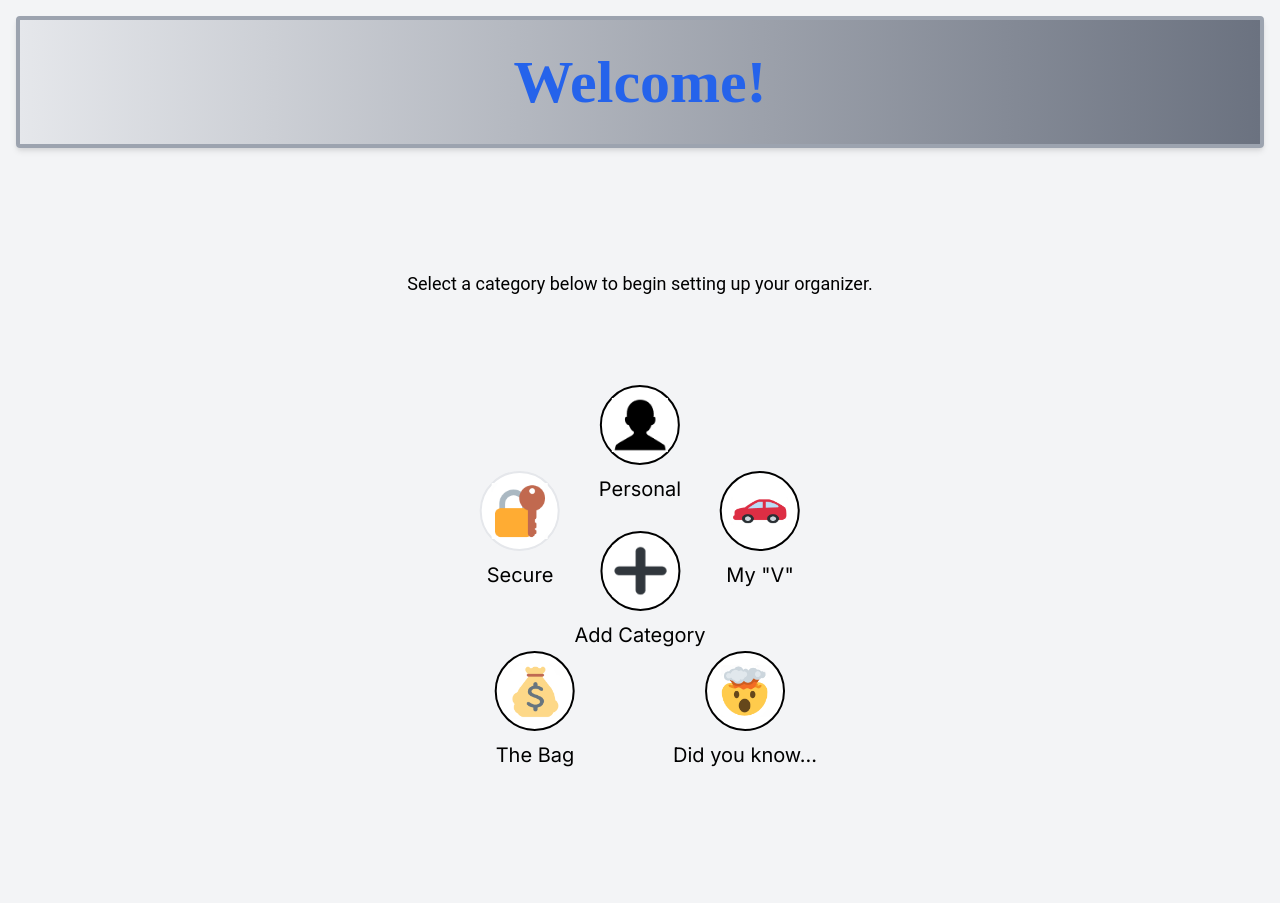
Repository: MercyB19/Russaw_Mercy_Adulting-101_Capstone
Page: page2.html
The author's editor kept a copy of each file at every save. The page is drawn from the files as they stood at one save, then again after the next save.
The browser window is 1280 px wide. The pictures show the whole page.
Some web fonts or font styles are not loaded; a fallback is used.

Above is the page before, as saved 2024-07-23 12:43:11.

### page2.html
<!DOCTYPE html>
<html lang="en">

<head>
  <meta charset="UTF-8">
  <meta name="viewport" content="width=device-width, initial-scale=1.0">
  <title>YAY Adulting</title>
  <link href="https://cdn.jsdelivr.net/npm/tailwindcss@2.2.19/dist/tailwind.min.css" rel="stylesheet">
  <link rel="stylesheet" href="https://fonts.googleapis.com/css2?family=Balsamiq+Sans:wght@400;700&display=swap">
  <link rel="stylesheet" href="https://fonts.googleapis.com/css2?family=Inter:wght@400;500;600&display=swap">
  <style>
    .pentagon-layout { /*creates a more rounded layout*/
      position: relative;
      width: 300px;
      height: 300px;
      margin: 0 auto;
    }

    .pentagon-layout div {
      position: absolute;
      text-align: center;
    }

    .personal {
     top: -15%;
      padding-bottom: 300px;
      left: 50%;
      transform: translateX(-50%);
    }

    .secure {
      top: 50%;
      left: 10%;
      transform: translate(-50%, -50%);
    }

    .add-category {
      top: 70%;
      left: 50%;
      transform: translate(-50%, -50%);
    }

    .my-v {
      top: 50%;
      right: 10%;
      transform: translate(50%, -50%);
    }

    .the-bag {
      bottom: -10%;
      left: 15%;
      transform: translate(-50%, 50%);
    }

    .did-you-know {
      bottom: -10%;
      right: 15%;
      transform: translate(50%, 50%);
    }

    .icon-title {
      margin-top: 90px;
      margin-bottom: 100px; /* Adjust as necessary to position text below icons */
    }
  </style>
</head>

<body class="bg-gray-100 flex flex-col items-center justify-center min-h-screen">
  <div class="container mx-auto p-4 flex flex-col items-center">
    <header class="w-full p-8 bg-gradient-to-r from-gray-200 to-gray-500 border-4 border-gray-400 flex flex-col items-center rounded shadow-md mb-8">
      <h1 class="text-6xl font-bold text-blue-600" style="font-family: 'Balsamiq Sans', cursive;">Welcome!</h1>
    </header>
    <div class="text-center mb-8">
      <p class="icon-title text-lg" style="font-family: 'Roboto', sans-serif;">Select a category below to begin setting up your organizer.</p>
    </div>
    <div class="pentagon-layout">
      <div class="personal flex flex-col items-center">
        <div class="w-20 h-20  flex justify-center items-center bg-white border-2 border-black rounded-full mb-2">
          <img src="Images/Person_personal_img.png" alt="Personal" class="w-14 h-13">
        </div>
        <p class="icon-title text-xl" style="font-family: 'Inter', sans-serif;">Personal</p>
      </div>
      <div class="secure flex flex-col items-center">
        <div class="w-20 h-20 flex justify-center items-center bg-white border-2 border0blac0 rounded-full mb-2">
          <img src="Images/Secure_icon_img.png" alt="Secure" class="w-14 h-14">
        </div>
        <p class="icon-title text-xl" style="font-family: 'Inter', sans-serif;">Secure</p>
      </div>
      <div class="add-category flex flex-col items-center">
        <div class="w-20 h-20 flex justify-center items-center bg-white border-2 border-black rounded-full mb-2">
          <img src="Images/Add_new_img.png" alt="Add Category" class="w-14 h-13">
        </div>
        <p class="icon-title text-xl" style="font-family: 'Inter', sans-serif;">Add Category</p>
      </div>
      <div class="my-v flex flex-col items-center">
        <div class="w-20 h-20 flex justify-center items-center bg-white border-2 border-black rounded-full mb-2">
          <img src="Images/My_V_img.png" alt="My V" class="w-14 h-15">
        </div>
        <p class="icon-title text-xl" style="font-family: 'Inter', sans-serif;">My "V"</p>
      </div>
      <div class="the-bag flex flex-col items-center">
        <div class="w-20 h-20 flex justify-center items-center bg-white border-2 border-black rounded-full mb-2">
          <img src="Images/The_bag_icon_img.png" alt="The Bag" class="w-13 h-14">
        </div>
        <p class="icon-title text-xl" style="font-family: 'Inter', sans-serif;">The Bag</p>
      </div>
      <div class="did-you-know flex flex-col items-center">
        <div class="w-20 h-20 flex justify-center items-center bg-white border-2 border-black rounded-full mb-2">
          <img src="Images/did_you_know_icon.png" alt="Did you know" class="w-12 h-13">
        </div>
        <p class="icon-title text-xl" style="font-family: 'Inter', sans-serif;">Did you know...</p>
      </div>
    </div>
  </div>
</body>

</html>

After the next save:
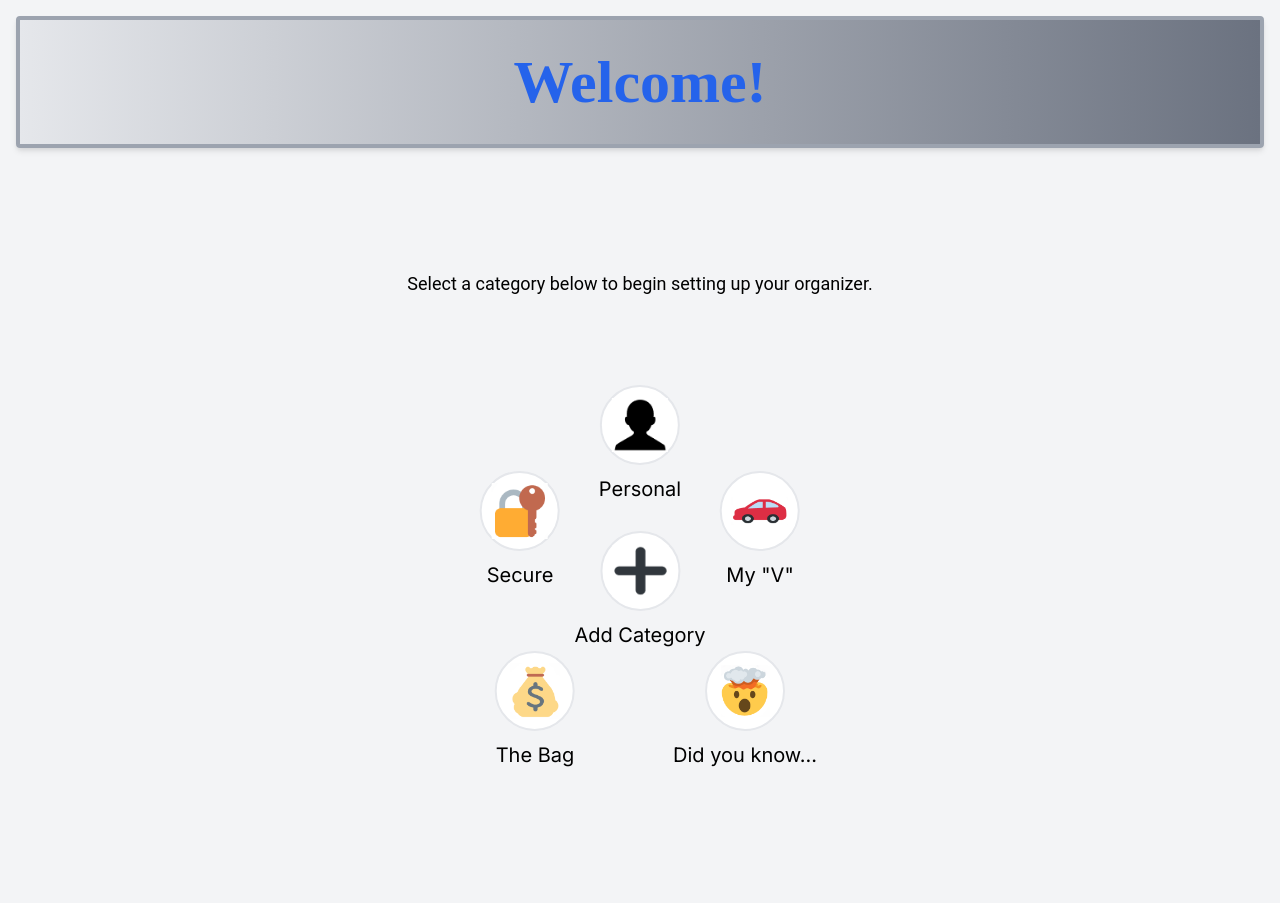
Saved 8 min 57 s later.
--- a/page2.html
+++ b/page2.html
@@ -75,37 +75,37 @@
     </div>
     <div class="pentagon-layout">
       <div class="personal flex flex-col items-center">
-        <div class="w-20 h-20  flex justify-center items-center bg-white border-2 border-black rounded-full mb-2">
+        <div class="w-20 h-20  flex justify-center items-center bg-white border-2  rounded-full mb-2">
           <img src="Images/Person_personal_img.png" alt="Personal" class="w-14 h-13">
         </div>
         <p class="icon-title text-xl" style="font-family: 'Inter', sans-serif;">Personal</p>
       </div>
       <div class="secure flex flex-col items-center">
-        <div class="w-20 h-20 flex justify-center items-center bg-white border-2 border0blac0 rounded-full mb-2">
+        <div class="w-20 h-20 flex justify-center items-center bg-white border-2 rounded-full mb-2">
           <img src="Images/Secure_icon_img.png" alt="Secure" class="w-14 h-14">
         </div>
         <p class="icon-title text-xl" style="font-family: 'Inter', sans-serif;">Secure</p>
       </div>
       <div class="add-category flex flex-col items-center">
-        <div class="w-20 h-20 flex justify-center items-center bg-white border-2 border-black rounded-full mb-2">
+        <div class="w-20 h-20 flex justify-center items-center bg-white border-2 rounded-full mb-2">
           <img src="Images/Add_new_img.png" alt="Add Category" class="w-14 h-13">
         </div>
         <p class="icon-title text-xl" style="font-family: 'Inter', sans-serif;">Add Category</p>
       </div>
       <div class="my-v flex flex-col items-center">
-        <div class="w-20 h-20 flex justify-center items-center bg-white border-2 border-black rounded-full mb-2">
+        <div class="w-20 h-20 flex justify-center items-center bg-white border-2  rounded-full mb-2">
           <img src="Images/My_V_img.png" alt="My V" class="w-14 h-15">
         </div>
         <p class="icon-title text-xl" style="font-family: 'Inter', sans-serif;">My "V"</p>
       </div>
       <div class="the-bag flex flex-col items-center">
-        <div class="w-20 h-20 flex justify-center items-center bg-white border-2 border-black rounded-full mb-2">
+        <div class="w-20 h-20 flex justify-center items-center bg-white border-2 rounded-full mb-2">
           <img src="Images/The_bag_icon_img.png" alt="The Bag" class="w-13 h-14">
         </div>
         <p class="icon-title text-xl" style="font-family: 'Inter', sans-serif;">The Bag</p>
       </div>
       <div class="did-you-know flex flex-col items-center">
-        <div class="w-20 h-20 flex justify-center items-center bg-white border-2 border-black rounded-full mb-2">
+        <div class="w-20 h-20 flex justify-center items-center bg-white border-2 rounded-full mb-2">
           <img src="Images/did_you_know_icon.png" alt="Did you know" class="w-12 h-13">
         </div>
         <p class="icon-title text-xl" style="font-family: 'Inter', sans-serif;">Did you know...</p>
